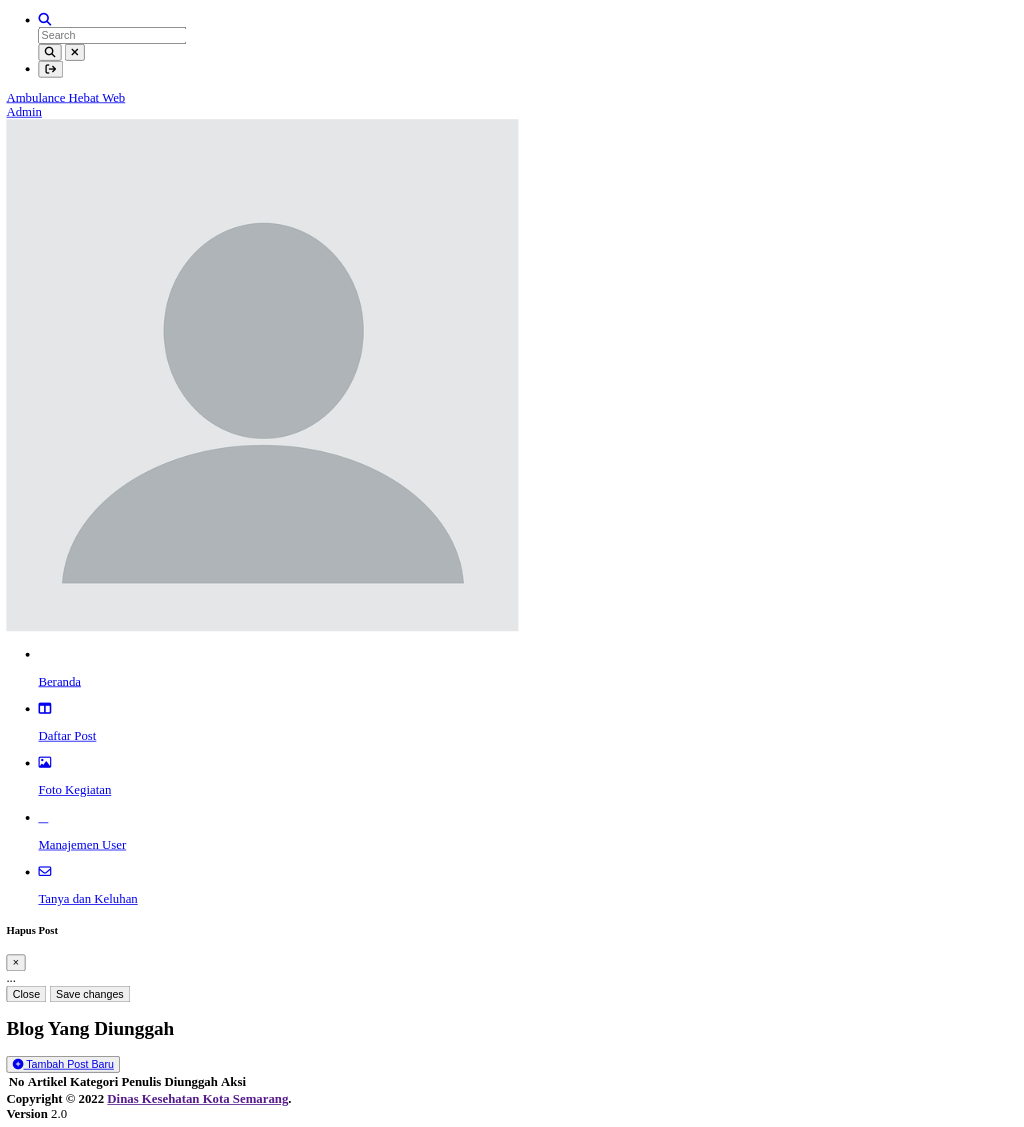
Repository: roningrum/admin-aha
Page: resources/views/dashboard/post/posts.blade.php
These files come from the project's save history. The page is drawn as it stood at one moment and after the next save; the edit follows.
The browser window is 1280 px wide. The pictures show the whole page, at 80% of full size.
Some icons come from a web library that is not loaded, so they are not drawn. Some web fonts or font styles are not loaded; a fallback is used. Some web libraries are served in a nearby version. The page is served by the project's Laravel application, run on PHP 8.4 with Laravel 8. The template is opened directly, without the code that normally fills it, so the values that code supplies are empty.

Above is the page before, as saved 2022-11-23 14:16:13.
Console error: ReferenceError: $ is not defined

After the next save:
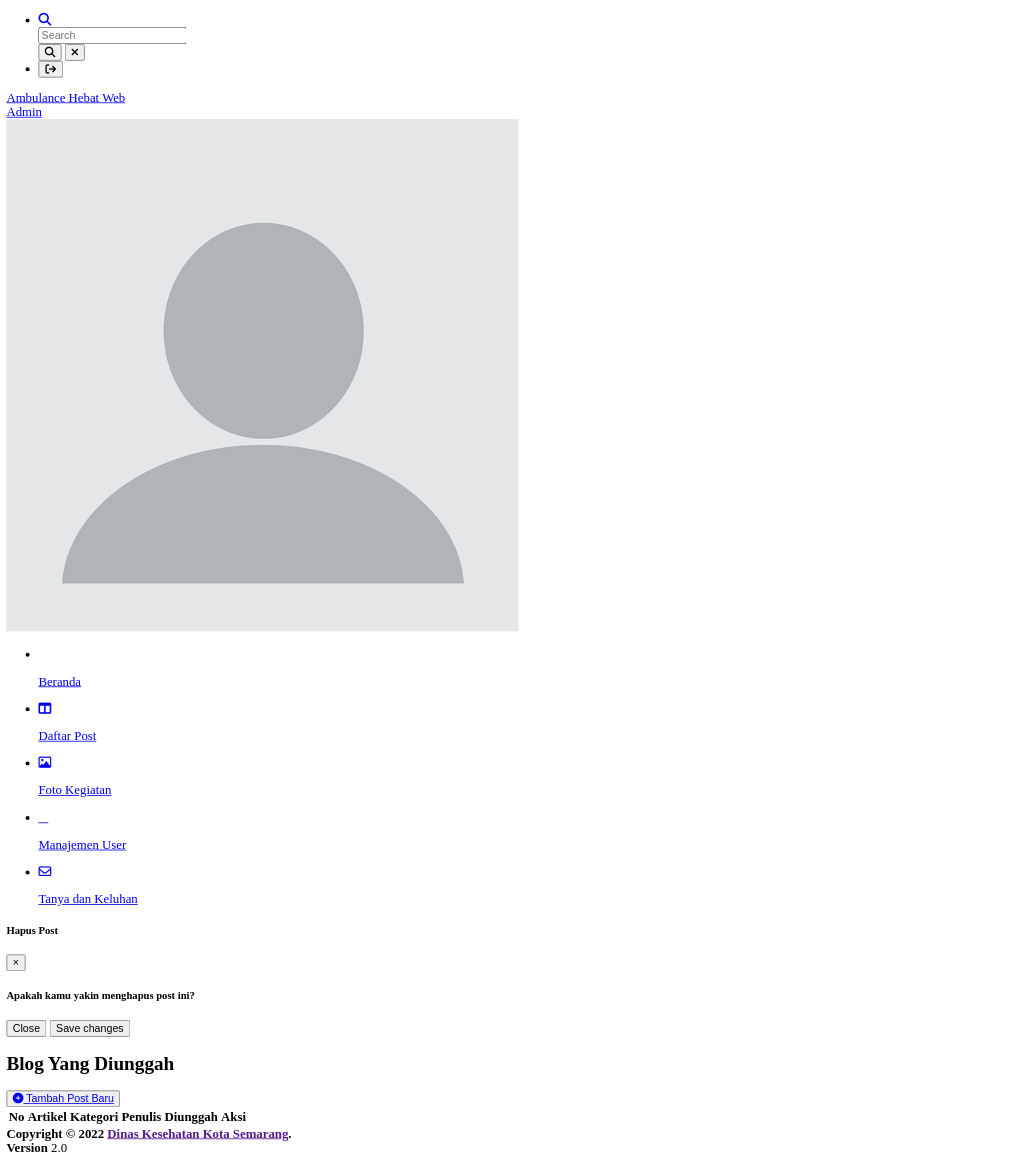
Saved 33 s later.
--- a/resources/views/dashboard/post/posts.blade.php
+++ b/resources/views/dashboard/post/posts.blade.php
@@ -11,7 +11,7 @@
           </button>
         </div>
         <div class="modal-body">
-          ...
+          <h5>Apakah kamu yakin menghapus post ini?</h5>
         </div>
         <div class="modal-footer">
           <button type="button" class="btn btn-secondary" data-dismiss="modal">Close</button>
